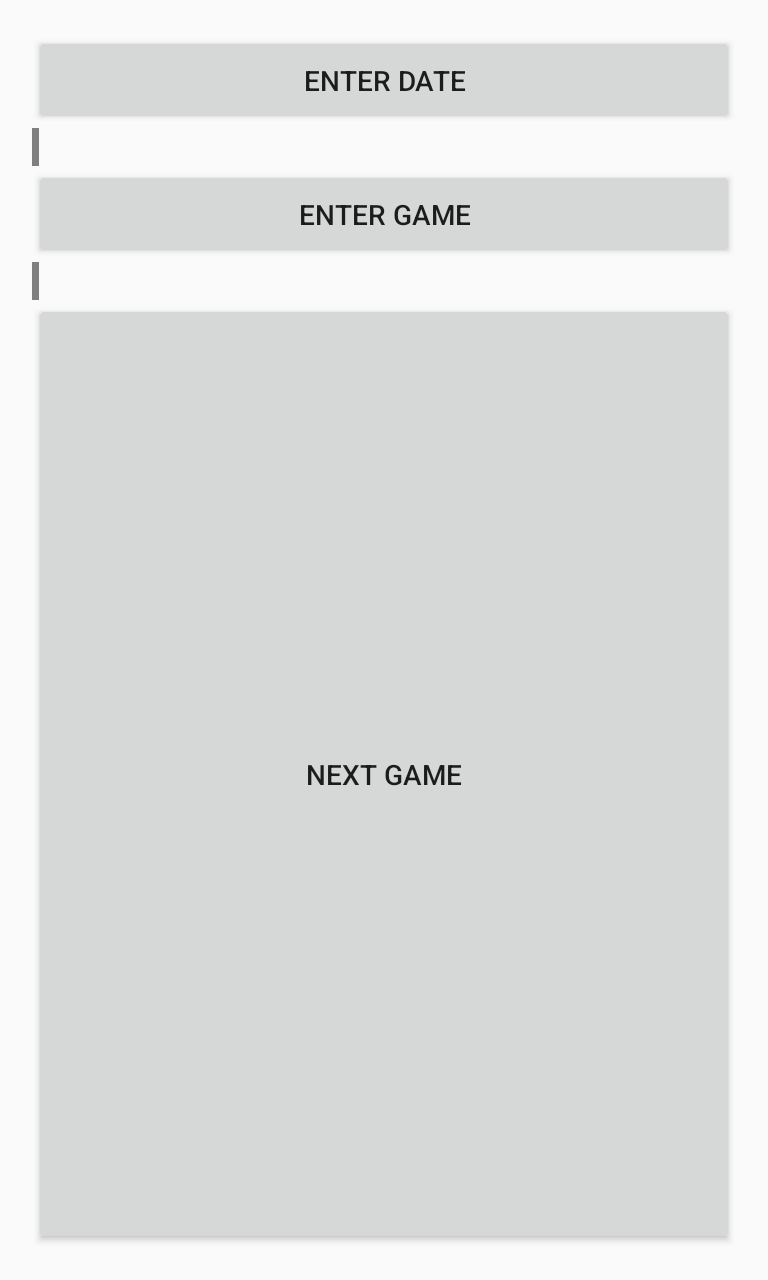
Repository: charlesweng/school
Layout: simpleandroidapps/GettingToKnowUIActivities/charleswengScoringProject/charleswengScoring/res/layout/activity_main.xml
These files come from the project's save history. The layout is drawn as it stood at one moment and after the next save; the edit follows.
Pictures or frames that could not be fetched are drawn as grey boxes. It is drawn on a 768 x 1280 px phone screen (xhdpi) without system bars, with theme AppTheme; the app's code is not run.

Above is the layout before, as saved 2014-04-28 05:36:46.

### simpleandroidapps/GettingToKnowUIActivities/charleswengScoringProject/charleswengScoring/res/layout/activity_main.xml
<?xml version="1.0" encoding="utf-8"?>
<LinearLayout xmlns:android="http://schemas.android.com/apk/res/android"
    xmlns:tools="http://schemas.android.com/tools"
    android:id="@+id/container"
    android:layout_width="match_parent"
    android:layout_height="match_parent"
    android:paddingBottom="@dimen/activity_vertical_margin"
    android:paddingLeft="@dimen/activity_horizontal_margin"
    android:paddingRight="@dimen/activity_horizontal_margin"
    android:paddingTop="@dimen/activity_vertical_margin"
    android:orientation="vertical"
    android:weightSum="5"
    >


    <Button
        android:id="@+id/datebutton"
        android:layout_width="fill_parent"
        android:layout_height="wrap_content"
        android:layout_alignParentTop="true"
        android:layout_centerHorizontal="true"
        android:text="@string/enter_date"
        android:onClick="showDatePickerDialog"/>

	<fragment
	    android:name="com.example.charleswengscoring.DateFragment"
	    android:id="@+id/fragment_date"
	    android:layout_width="wrap_content"
	    android:layout_height="wrap_content"
	    android:layout_below="@+id/datebutton"
	/>

    <Button
        android:id="@+id/gamebutton"
        android:layout_width="fill_parent"
        android:layout_height="wrap_content"
        android:onClick="clickGame"
        android:layout_below="@+id/fragment_date"
        android:text="@string/enter_game" />

    <fragment
        android:name="com.example.charleswengscoring.TeamFragment"
        android:id="@+id/fragment_team"
        android:layout_width="wrap_content"
        android:layout_height="wrap_content"
        android:layout_below="@+id/gamebutton"
    />

    <Button
        android:id="@+id/nextbutton"
        android:layout_width="fill_parent"
        android:layout_height="fill_parent"
        android:layout_below="@+id/fragment_team"
        android:layout_alignParentBottom="true"
        android:layout_centerHorizontal="true"
        android:onClick="clickNext"
        android:text="@string/next_game" />


</LinearLayout>

### simpleandroidapps/GettingToKnowUIActivities/charleswengScoringProject/charleswengScoring/res/values/strings.xml
<?xml version="1.0" encoding="utf-8"?>
<resources>

    <string name="app_name">charleswengScoring</string>
    <string name="hello_world">Hello world!</string>
    <string name="action_settings">Settings</string>
    <string name="enter_date">Enter Date</string>
    <string name="date">Date</string>
    <string name="enter_game">Enter Game</string>
    <string name="team_1">Team 1</string>
    <string name="team_2">Team 2</string>
    <string name="team_1_edit">Team 1:</string>
    <string name="team_2_edit">Team 2:</string>
    <string name="zero">0</string>
    <string name="next_game">Next Game</string>
    <string name="title_activity_date_picker">DatePicker</string>
	<string name="done">Done</string>
	<string name="score">Score:</string>
	<string-array name="team_name">
	    	<item>Atlanta Hawks</item>
			<item>Boston Celtics</item>
			<item>Brooklyn Nets</item>
			<item>Charlotte Bobcats</item>
			<item>Chicago Bulls</item>
			<item>Cleveland Cavaliers</item>
			<item>Dallas Mavericks</item>
			<item>Denver Nuggets</item>
			<item>Detroit Pistons</item>
			<item>Golden State Warriors</item>
			<item>Houston Rockets</item>
			<item>Indiana Pacers</item>
			<item>Los Angeles Clippers</item>
			<item>Los Angeles Lakers</item>
			<item>Memphis Grizzlies</item>
			<item>Miami Heat</item>
			<item>Milwaukee Bucks</item>
			<item>Minnesota Timberwolves</item>
			<item>New Orleans Pelicans</item>
			<item>New York Knicks</item>
			<item>Oklahoma City Thunder</item>
			<item>Orlando Magic</item>
			<item>Philadelphia 76ers</item>
			<item>Phoenix Suns</item>
			<item>Portland Trail Blazers</item>
			<item>Sacramento Kings</item>
			<item>San Antonio Spurs</item>
			<item>Toronto Raptors </item>
			<item>Utah Jazz</item>
			<item>Washington Wizards</item>
 	</string-array>
</resources>

Loaded but not shown: simpleandroidapps/GettingToKnowUIActivities/charleswengScoringProject/charleswengScoring/res/values/styles.xml (common file); simpleandroidapps/GettingToKnowUIActivities/charleswengScoringProject/charleswengScoring/res/values-v11/styles.xml (common file); simpleandroidapps/GettingToKnowUIActivities/charleswengScoringProject/charleswengScoring/res/values-v14/styles.xml (common file); simpleandroidapps/GettingToKnowUIActivities/charleswengScoringProject/charleswengScoring/res/values/dimens.xml (common file); simpleandroidapps/GettingToKnowUIActivities/charleswengScoringProject/charleswengScoring/res/values-w820dp/dimens.xml (common file)

After the next save:
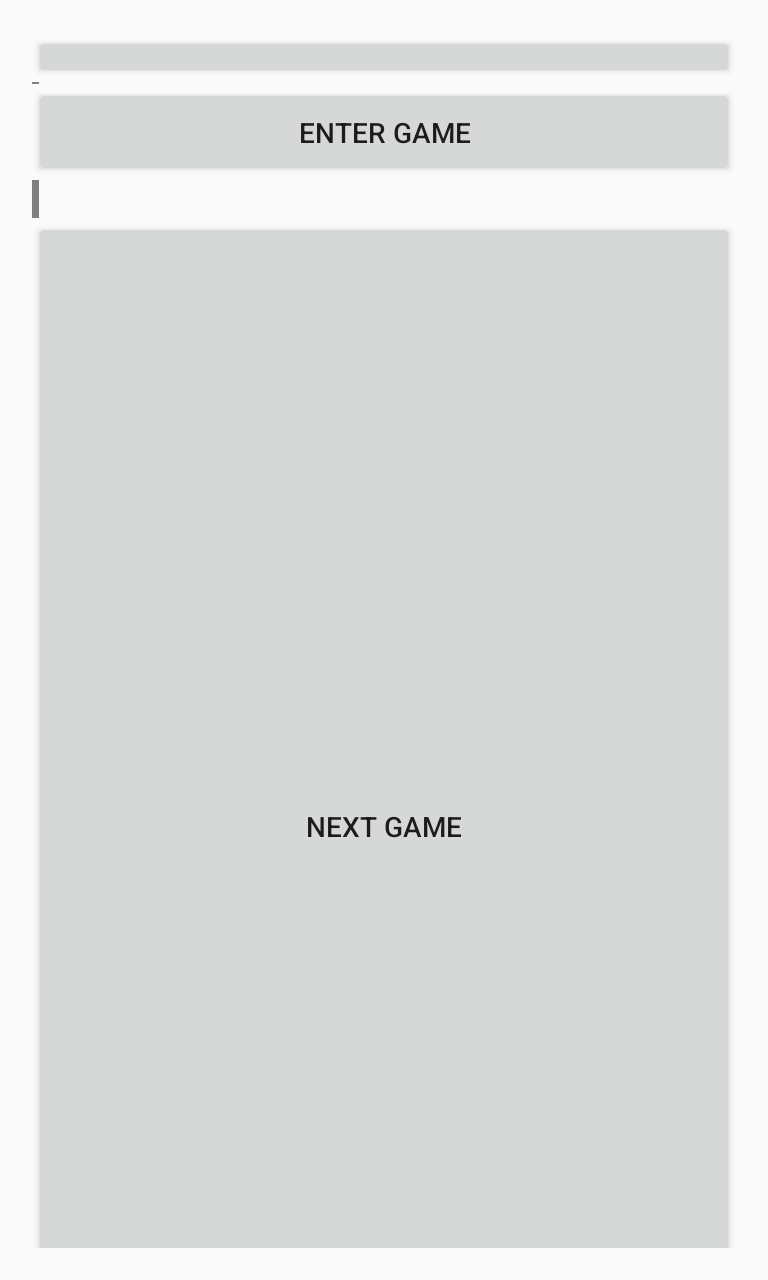
Saved 20 s later.
--- a/simpleandroidapps/GettingToKnowUIActivities/charleswengScoringProject/charleswengScoring/res/layout/activity_main.xml
+++ b/simpleandroidapps/GettingToKnowUIActivities/charleswengScoringProject/charleswengScoring/res/layout/activity_main.xml
@@ -17,6 +17,7 @@
         android:id="@+id/datebutton"
         android:layout_width="fill_parent"
         android:layout_height="wrap_content"
+        android:layout_weight="1"
         android:layout_alignParentTop="true"
         android:layout_centerHorizontal="true"
         android:text="@string/enter_date"
@@ -27,6 +28,7 @@
 	    android:id="@+id/fragment_date"
 	    android:layout_width="wrap_content"
 	    android:layout_height="wrap_content"
+	    android:layout_height="1"
 	    android:layout_below="@+id/datebutton"
 	/>
 
